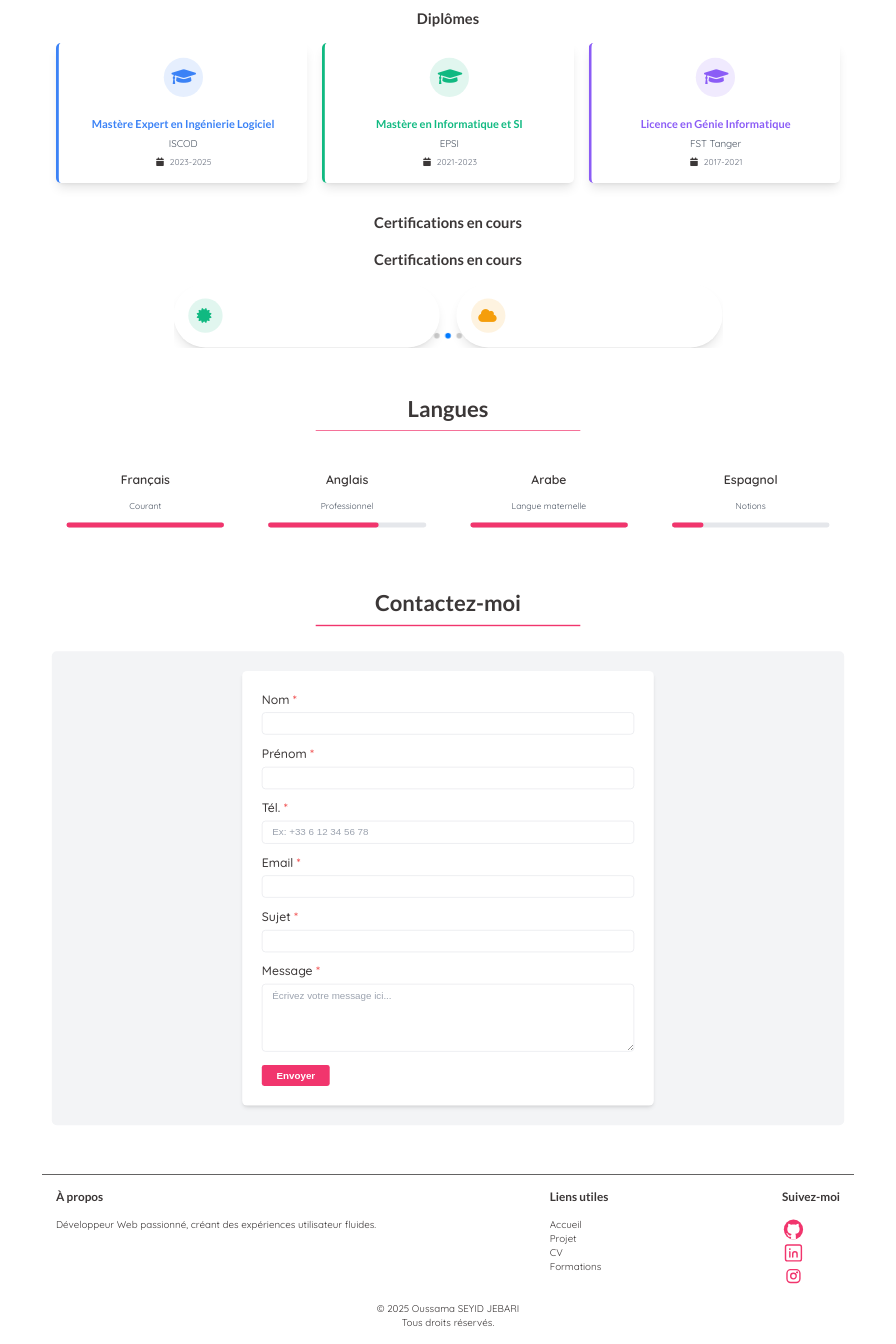
Repository: OussamSJ/Portfolio
Page: /
An editor plug-in stored every save of this project. The page is shown before and after the next save, followed by the edit.
The browser window is 1280 px wide. The pictures show the part of the page from y = 3148 to 5068 px (the page is 5068 px tall before and 5015 px after), at 70% of full size.
The project was rebuilt for these pictures with package versions that can differ from the ones it lists, and the page was loaded fresh each time. Also part of the build but not shown: src/Cv.js, src/Expcomponent.js, src/Experiences.js, src/FormationComponent.js, src/Formation.js, src/projets/ProjetComponent.js, src/projets/Projet.js, src/projets/Projet1.js and 4 more.

Above is the page before, as saved 2026-02-05 11:41:42.

After the next save:
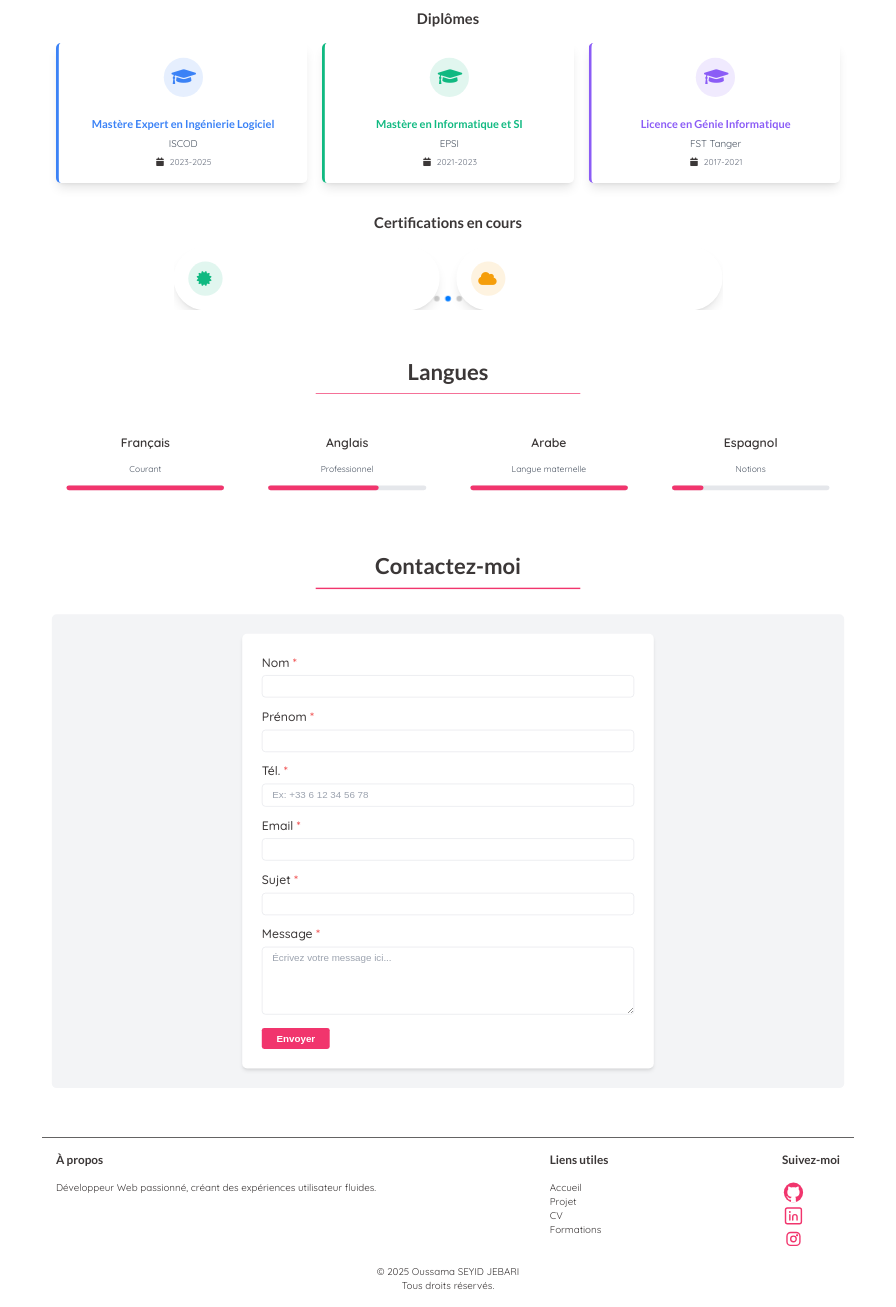
Saved 39 s later.
--- a/src/Badgescertifications.js
+++ b/src/Badgescertifications.js
@@ -101,11 +101,6 @@
                 {/* Certifications en cours */}
                 <h3 className="text-2xl font-bold mb-6 text-center">Certifications en cours</h3>
 
-
-                <h3 className="text-2xl font-bold mb-6 text-center">
-                    Certifications en cours
-                </h3>
-
                 <Swiper
                     modules={[Autoplay, Pagination]}
                     spaceBetween={24}
